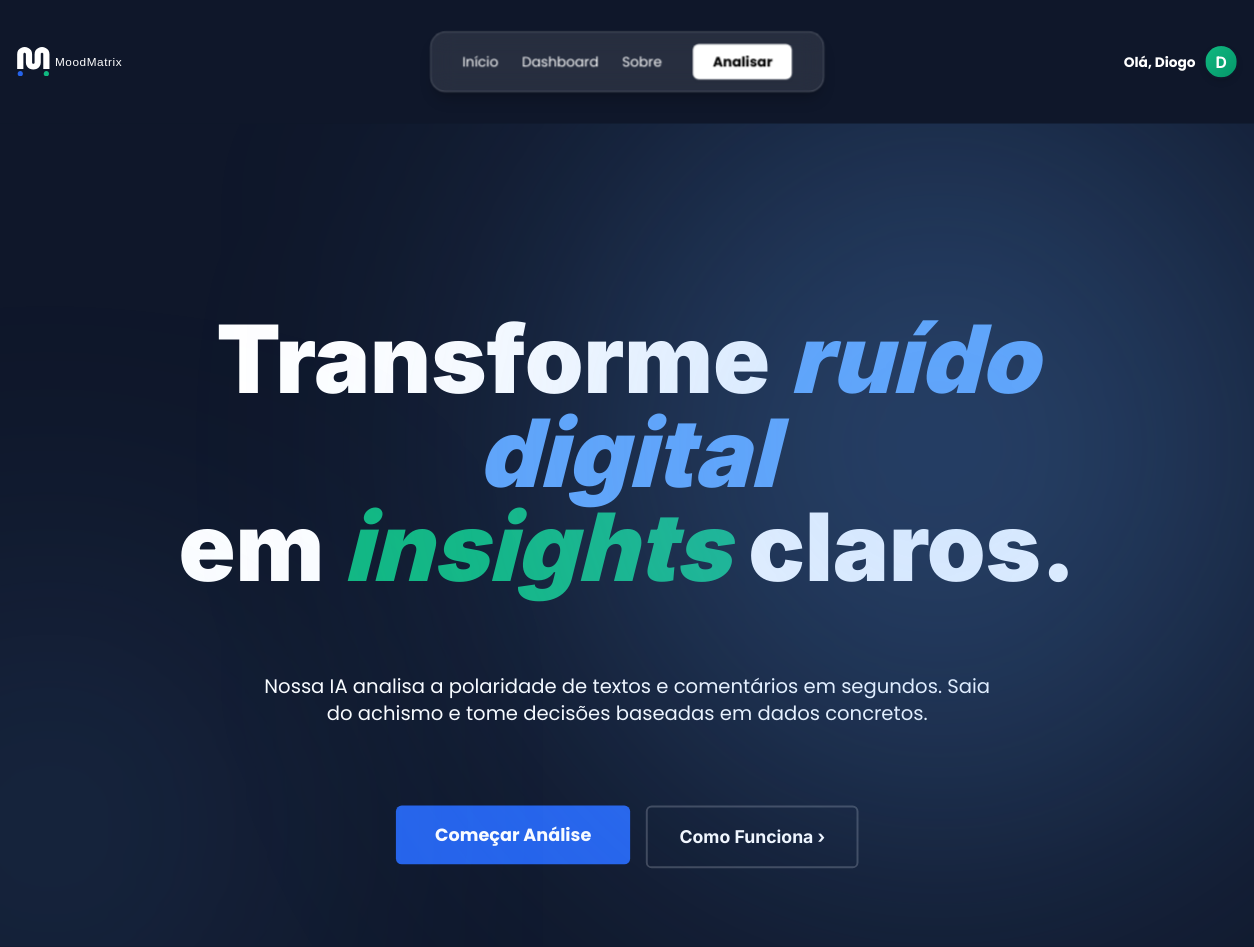
Repository: Hackaton-ONE/hackathon-Frontend
Page: /
These files come from the project's save history. The page is drawn as it stood at one moment and after the next save; the edit follows.
The browser window is 1280 px wide. The pictures show the whole page, at 98% of full size.
Some web fonts or font styles are not loaded; a fallback is used. The project was rebuilt for these pictures with package versions that can differ from the ones it lists, and the page was loaded fresh each time. The framework's server and built-in components were replaced by stand-ins that run in the browser. Also part of the build but not shown: next.config.ts.

Above is the page before, as saved 2026-01-02 10:22:53.

After the next save:
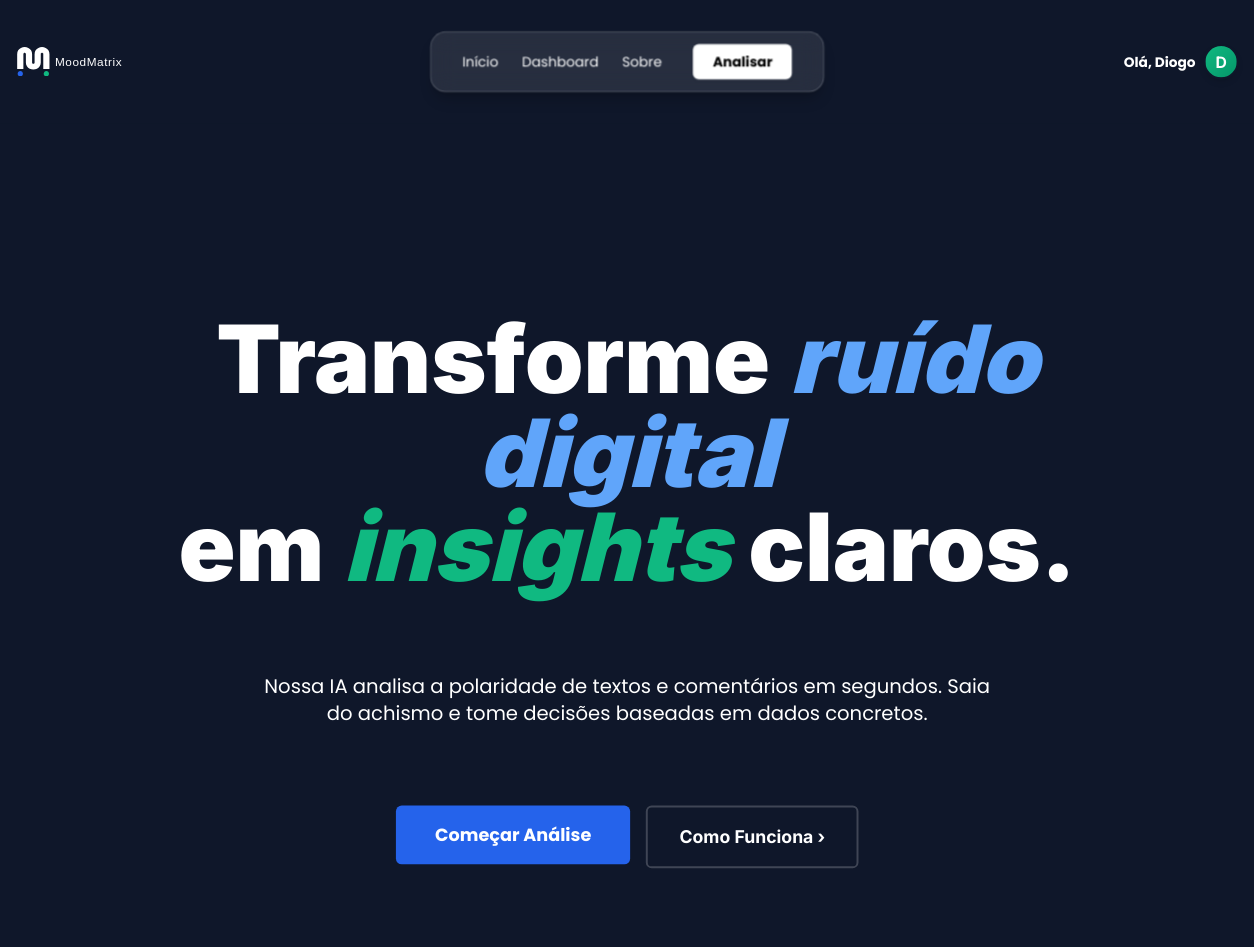
Saved 35 s later.
--- a/components/HeroSection.tsx
+++ b/components/HeroSection.tsx
@@ -9,47 +9,15 @@ export function HeroSection() {
           ELEMENTOS DECORATIVOS DE FUNDO (GLOWS)
           ========================================= */}
 
-{/* 1. ELIPSE MAIOR (Direita/Topo)
-          x: 946.5, y: -78.06 -> right-0 top-[-78px] (Ajustado para responsivo)
-          w: 743.5, h: 817.56 -> w-[743px] h-[817px]
-          fill: 60A5FA 30% -> bg-blue-light/30
-          blur: 160 -> blur-[160px]
-      */}
-      <div
-        className="
-          absolute
-          top-[-78px]
-          right-[-100px] lg:right-[-50px] /* Ajuste fino para telas diferentes */
-          w-[743px]
-          h-[817px]
-          bg-blue-light/30
-          blur-[160px]
-          rounded-full
-          z-10
-          pointer-events-none
-        "
-      />
+      {/* 1. Glow Azul Superior (Central) */}
 
-      {/* 2. ELIPSE MENOR (Esquerda/Baixo)
-          x: -90, y: 546 -> left-[-90px] top-[546px]
-          w: 282, h: 343 -> w-[282px] h-[343px]
-          fill: 60A5FA 30% -> bg-blue-light/30
-          blur: 160 -> blur-[160px]
-      */}
-      <div
-        className="
-          absolute
-          top-[546px]
-          left-[-90px]
-          w-[282px]
-          h-[343px]
-          bg-blue-light/30
-          blur-[160px]
-          rounded-full
-          z-10
-          pointer-events-none
-        "
-      />
+      <div className="absolute top-0 left-1/2 -translate-x-1/2 w-[600px] h-[500px] bg-blue-DEFAULT/20 blur-[120px] rounded-full -z-10 pointer-events-none" />
+
+
+
+      {/* 2. Glow Verde/Cyan (Canto inferior direito - Sutil) */}
+
+      <div className="absolute bottom-0 right-0 w-[400px] h-[400px] bg-neon-green/10 blur-[100px] rounded-full -z-10 pointer-events-none" />
 
 
       {/* =========================================
